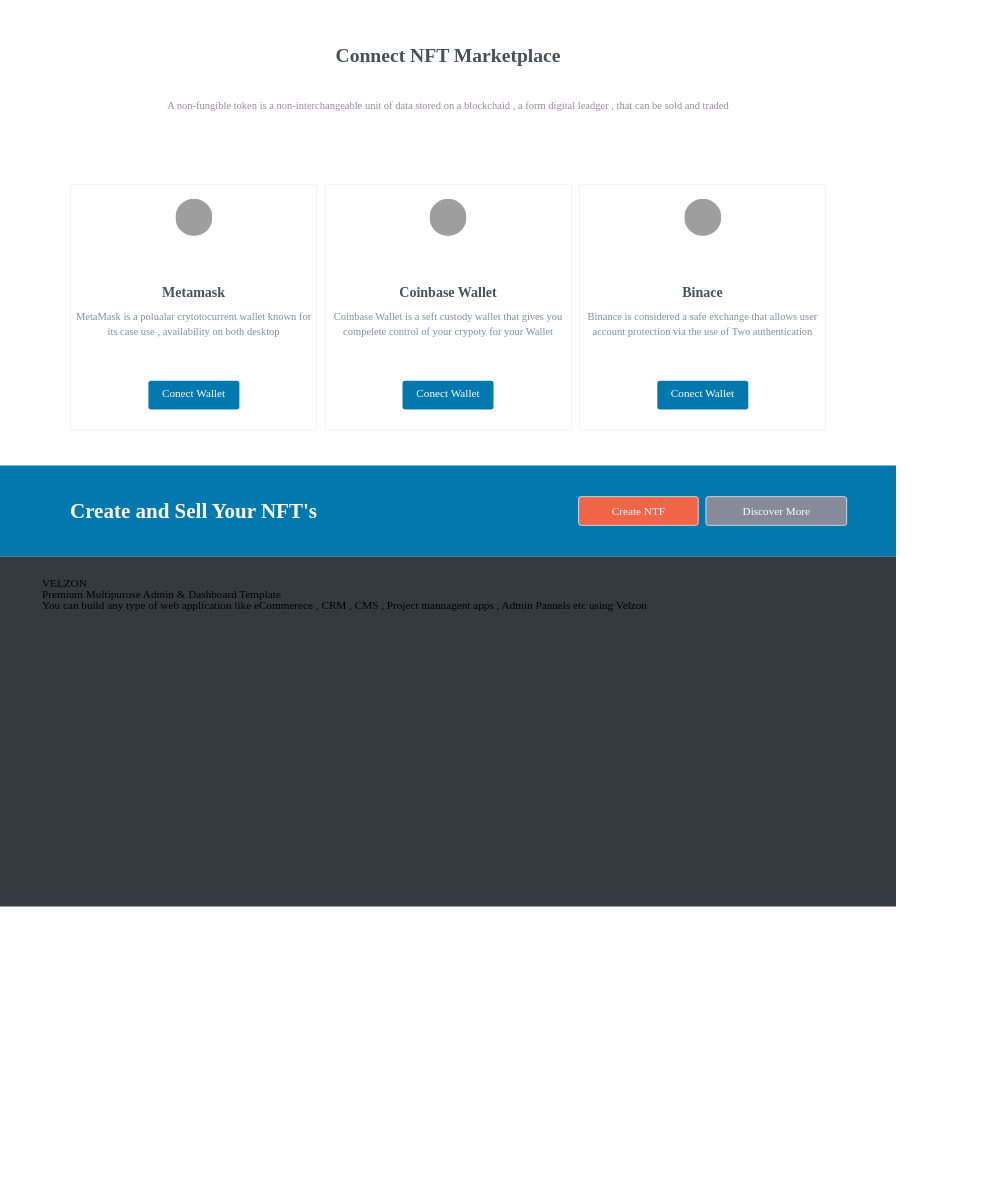
Repository: HuynhDuc23/Webvideodesgin
Page: index.html
An editor plug-in stored every save of this project. The page is shown before and after the next save, followed by the edit.
The browser window is 1280 px wide. The page is 1400 px wide, then 1440 px, so the pictures cover 1440 px, including what lies to the right of the window. The pictures show the part of the page from y = 790 to 2510 px (the page is 5520 px tall), at 70% of full size.
Pictures or frames that could not be fetched are drawn as grey boxes. The style sheet was rebuilt from its Sass, Less or Tailwind sources for each picture, by a compiler version that may differ from the author's.

Above is the page before, as saved 2023-04-26 10:15:22.

### index.html
<!DOCTYPE html>
<html lang="en">
<head>
    <meta charset="UTF-8">
    <meta http-equiv="X-UA-Compatible" content="IE=edge">
    <meta name="viewport" content="width=device-width, initial-scale=1.0">
    <link rel="stylesheet" href="https://cdnjs.cloudflare.com/ajax/libs/font-awesome/6.4.0/css/all.min.css" integrity="sha512-iecdLmaskl7CVkqkXNQ/ZH/XLlvWZOJyj7Yy7tcenmpD1ypASozpmT/E0iPtmFIB46ZmdtAc9eNBvH0H/ZpiBw==" crossorigin="anonymous" referrerpolicy="no-referrer" />
    <link rel="stylesheet" href="./reset.css">
    <link rel="stylesheet" href="style.css">
    <title>LoadingPage</title>
</head>
<body>
    <div class="loadingpage">
     <div class="loadingpage__heading">
        <div class="loadingpage__header">
            <div class="loadingpage__left"><h4 class="loadingpage__content">VELZON</h4></div>
            <div class="loaddingpage__right">
                <ul class="loadingpage__list">
                    <li class="loadingpage__items"><h5 class="loadingpage__padding">Home</h5></li>
                    <li class="loadingpage__items"><h5 class="loadingpage__padding">Wallet</h5></li>
                    <li class="loadingpage__items"><h5 class="loadingpage__padding">MarketPlace</h5></li>
                    <li class="loadingpage__items"><h5 class="loadingpage__padding">categorite</h5></li>
                    <li class="loadingpage__items"><h5 class="loadingpage__padding">Creater</h5></li>
                </ul>
            </div>
        </div>
        <div class="loadingpage__mid">
            <div class="loadingpage__mid__content1">
                <h1 class="loadingpage__mid__content">Discover Digital Art
                     & Collect <span>NFT Marketplace</span></h1>
            </div>
            <div class="loadingpage__mid__content2">
                <div class="loadingpage__mid__content2__content">
                    <p class="loadingpage__mid__content2__para">
                        Can artwork be NFT ? NFTs (non-fungble tokens) are one-of-a-kind digital assets. Given they're  digital in nature , can physical work of art be turned into NFTs?
                    </p>
                </div>
                <div class="button__mid">
                    <div class="button">
                        <div class="button__1">Create Own
                         <i class="fa-solid fa-arrow-right icon"></i>
                        </div>
                     </div>
                     <div class="button" style="background-color: #878a99;">
                         <div class="button__1">Explore Now
                          <i class="fa-solid fa-arrow-right icon"></i>
                         </div>
                      </div>
                </div>
            </div>
        </div>
     </div>
    </div>
    <div class="loadingpage__mid__content__sub">
        <div class="loadingpage__mid__content__sub__1">
            <p class="connect">Connect NFT Marketplace</p>
            <p class="para">A non-fungible token is a non-interchangeable unit of data stored  on a blockchaid , a form digital leadger , that can be sold and traded</p>
        </div>
        <div class="box-list">
            <div class="box-items">
                <img src="https://images.unsplash.com/photo-1674574124345-02c525664b65?ixlib=rb-4.0.3&ixid=MnwxMjA3fDF8MHxwaG90by1wYWdlfHx8fGVufDB8fHx8&auto=format&fit=crop&w=1470&q=80" alt="" class="cartoon">
                 <div class="content__mid__para">
                    <span class="content__mid">Metamask</span>
                    <p class="paragrap__mid">MetaMask is a polualar crytotocurrent wallet known for its case use , availability on both desktop</p>
                 </div>
            </div>
            <div class="box-items">
                <img src="https://images.unsplash.com/photo-1564419429381-98dbcf916478?ixlib=rb-4.0.3&ixid=MnwxMjA3fDF8MHxwaG90by1wYWdlfHx8fGVufDB8fHx8&auto=format&fit=crop&w=399&q=80" alt="" class="cartoon">
                 <div class="content__mid__para">
                    <span class="content__mid">Coinbase Wallet</span>
                    <p class="paragrap__mid">Coinbase Wallet is a seft custody wallet that gives you compelete control of your crypoty for your Wallet</p>
                 </div>
            </div>
            <div class="box-items">
                <img src="https://images.unsplash.com/photo-1682249301375-5c7f5a286d8c?ixlib=rb-4.0.3&ixid=MnwxMjA3fDB8MHxwaG90by1wYWdlfHx8fGVufDB8fHx8&auto=format&fit=crop&w=774&q=80" alt="" class="cartoon">
                 <div class="content__mid__para">
                    <span class="content__mid">Binace</span>
                    <p class="paragrap__mid">Binance is considered  a safe exchange that allows user account protection via the use of Two authentication</p>
                 </div>
            </div>

        </div>
        <div class="final__loadingpage">
            <div class="final__loadingpage__1">
               <div class="para">
                <p class="para__1">Create and Sell Your NFT's</p>
               </div>
                <div class="box__two">
                    <div class="box__two__1"><span>Create NTF</span></div>
                    <div class="box__two__2"><span>Discover More</span> </div>
                </div>
            </div>
            <div class="final__loadingpage__2">
                 <div class="final__wrap">
                    <div class="final__left">
                        <h1 class="title">
                            VELZON
                        </h1>
                        <h2 class="content">
                            Premium Multipurose Admin & Dashboard Template
                        </h2>
                        <h2 class="content">
                            You can build any type of web application like eCommerece , CRM , CMS , Project mannagent apps , Admin Pannels etc using Velzon
                        </h2>
                  </div>
                  <div class="final__rihgt">

                  </div>
                 </div>
            </div>
        </div>

    </div>
</body>
</html>

### style.scss
html {
    box-sizing: border-box;
}
*{
    font-size: 16.5rem;
    font-family: 'Segoe UI', Tahoma, Geneva, Verdana, sans-serif;
}
.loadingpage {
    &__heading {
        width: 100%;
        height: 668px;
      //  background-color: #0278ae;
        background-color:rgb(2,120,174);
        margin-bottom: 180px;
    }
    &__header {
        width: 100%;
        height: 70px;
        background-color: #05175f;
        display: flex ;
        justify-content: flex-start;
        align-items: center;
        position: relative;
    }
    &__left {
        padding:  27px 75px;
        cursor: pointer;
    }
    &__content {
        color: white;
        font-weight: 500;
        font-size: 14px;
        line-height: 21px;
        text-transform: uppercase;
        font-size: xx-large;
    }
    &__right {
        margin-left: 200px;
    }
    &__list {
        display: flex;
        align-items: center;
        padding-left: 200px;

        &:before {
            content: "Wallet Connect";
            padding: 4px 8px ;
            top: 50%;
            right: 80px;
            position: absolute;
            color: white;
            transform: translateY(-50%);
            background-color: rgb(2,120,174);
            cursor: pointer;
            border-radius: 10px ;
        }

    }
    &__items {
        padding: 27px;
        &:hover {
            color: #00bd9d;
            cursor: pointer;
            transition: 2s linear;
        }
    }
    &__padding {
       color: white;
       font-weight: 500;
       font-size: 14px;
       line-height: 21px;
       text-transform: uppercase;
       &:hover {
        color: #00bd9d;
        cursor: pointer;
    }
    }

    &__mid__content1 {
        padding-top: 167px;
        margin-bottom: 60px;
    }
    &__mid__content {
        position: relative;
        left: 50%;
        transform: translateX(-50%);
        color: white;
        font-size: 60px;
        // text-align: center;
        display: inline-block;
        line-height: 15px;
        &>span {
            display: inline-block;
            color: #00bd9d;
        }
    }
}
.loadingpage__mid__content2 {
     display: inline-block;
     position: relative;
     left: 50%;
     transform: translateX(-50%);
     &__content {
        padding-bottom: 50px;
     }
    &__para {
        color: #ffffff;
        line-height: 1;
        text-align: center;
        font-size:x-large;
        opacity: 0.6;

     }
}
.button__mid {
    display: flex;
    justify-content: center;
    align-items: center;
    margin-right: -13px;
}
.button {
    display: flex;
    width: 130px;
    height: 40px;
    background-color: #25a0e2;
    margin-right: 13px;
    border: 1px solid white;
    border-radius: 4px;
    position: relative;
    padding: 5px 20px;
    cursor: pointer;
    &:hover {
        opacity: 0.9;
    }
    &__1 {
        font-family: 'Times New Roman', Times, serif;
        font-size: 15px;
        display: inline-block;
       color:  white;
       text-align: center;
       font-weight: 500;
       position: absolute;
       top: 50%;
       left: 50%;
       transform: translate(-50%,-50%);
       line-height: 1.4;
    }
}
.loadingpage__mid__content__sub {

    width:100% ;
    height: 660px;
    background-color: white;
    &__1
    {
        padding: 0 200px;
        justify-content: center;
        align-items: center;
        padding-bottom: 100px;
        .connect {
            text-align: center;
            color: #495057;
            font-size: 28px;
            font-weight: 700;
            line-height: 42px;
            margin-bottom: 40px;
        }
        .para {
            font-size: 15px;
            line-height: 22.5px;
            text-align: center;
            font-size: 15px;
            color: #978a99;
        }
    }
}
.box-list {
    display: flex;
    justify-content: space-between;
    padding: 0 100px;
    align-items: center;
    .box-items {
        position: relative;
        width: 351px;
        height: 350px;
        background-color: white;
        border : 0.5px solid #eeee ;
        border-radius: 2px;
        display: flex;
        flex-direction: column;
        justify-content: flex-start;
        &:before {
            text-align: center;
            content: "Conect Wallet";
            position: absolute;
            width: 130px;
            height: 34px;
            background-color:rgb(2,120,174) ;
            color: white;
            left: 50%;
            transform: translateX(-50%);
            top: 80%;
            border-radius: 4px;
            padding: 7px 0px 0px 0px;
            line-height: 1.4;
            z-index: 2;
            cursor: pointer;
        }
        &:hover {
            cursor: pointer;
            opacity: 0.7;
            color: #ffffff;
        }



        .cartoon {
            margin-top: 20px;
            display: block;
            width: 53px;
            height: 53px;
            border-radius: 50%;
            margin-bottom: 70px;
            position: relative;
            left: 50%;
            transform: translateX(-50%);

        }
        .content__mid__para {
             text-align: center;
            .content__mid {
                 display: block;
                 color : #495057 ;
                 font-size: 20px;
                 font-weight: 600;
                 margin: 0 0 8px;
                // text-align: center;
                margin-bottom: 15px;
            }
            .paragrap__mid {

                color: #878a99;
                font-size: 15px;
                line-height: 1.4;

            }

        }
    }
}
.final__loadingpage {
    margin-top: 50px;
    width: 100%;
    height: 476px;
    background-color: white;
    &__1{
        display: flex;
        justify-content: space-between;
        width: 100%;
        height: 130px;
        background-color: rgb(2,120,174);
        .para {
            margin-left: 30px;
            padding: 0 500px 0 30px;
            position: relative;
            &__1 {
                position: absolute;
                top: 50%;
                transform: translateY(-50%);
                color: white;
                font-weight: 700;
                font-size: 30px;
                line-height: 1.6;
                margin-left: 40px;
                &:hover {
                    cursor: pointer;
                    transition: all 1s ease-out;
                    color: rgb(101, 228, 101);
                }
            }
        }
        .box__two {
            display: flex;
            margin-right: 70px;
            align-items: center;
         //   justify-content: space-between;
            &__1 {
                padding-right: 40px;
                width: 130px;
                height: 40px;
                background-color: #f06548;
                border: 1px solid white;
                border-radius: 4px;
                position: relative;
                cursor: pointer;
                opacity: 1;
                &:hover {
                    transition: all 1s ease-in-out;
                    opacity: 0.9;
                    background-color: #343a40;
                }
                & > span {
                    line-height: 500;
                    color: white;
                    position: absolute;
                    display: block;
                    top:50%;
                    left: 50%;
                    transform: translate(-50%,-50%);
                }

            }
            &__2 {
                opacity: 1;
                cursor: pointer;
                margin-left: 10px;
                padding-right: 70px;
                width: 130px;
                height: 40px;
                background-color: #f06548;
                border: 1px solid white;
                border-radius: 4px;
                position: relative;
                background-color: #878a99;
                &:hover {
                    transition: all 1s ease-in-out;
                    opacity: 0.9;
                    background-color: #343a40;
                }
                & > span {

                    line-height: 500;
                    color: white;
                    position: absolute;
                    display: block;
                    top:50%;
                    left: 50%;
                    transform: translate(-50%,-50%);
                }

            }
        }
    }
    &__2{
        width: 100%;
        height: 500px;
        background-color: #343a40;
    }

}
.final__wrap {
    width: 100%;
    height: 280px;
    padding: 30px 60px 0px;
}

Loaded but not shown: reset.css (common file)

After the next save:
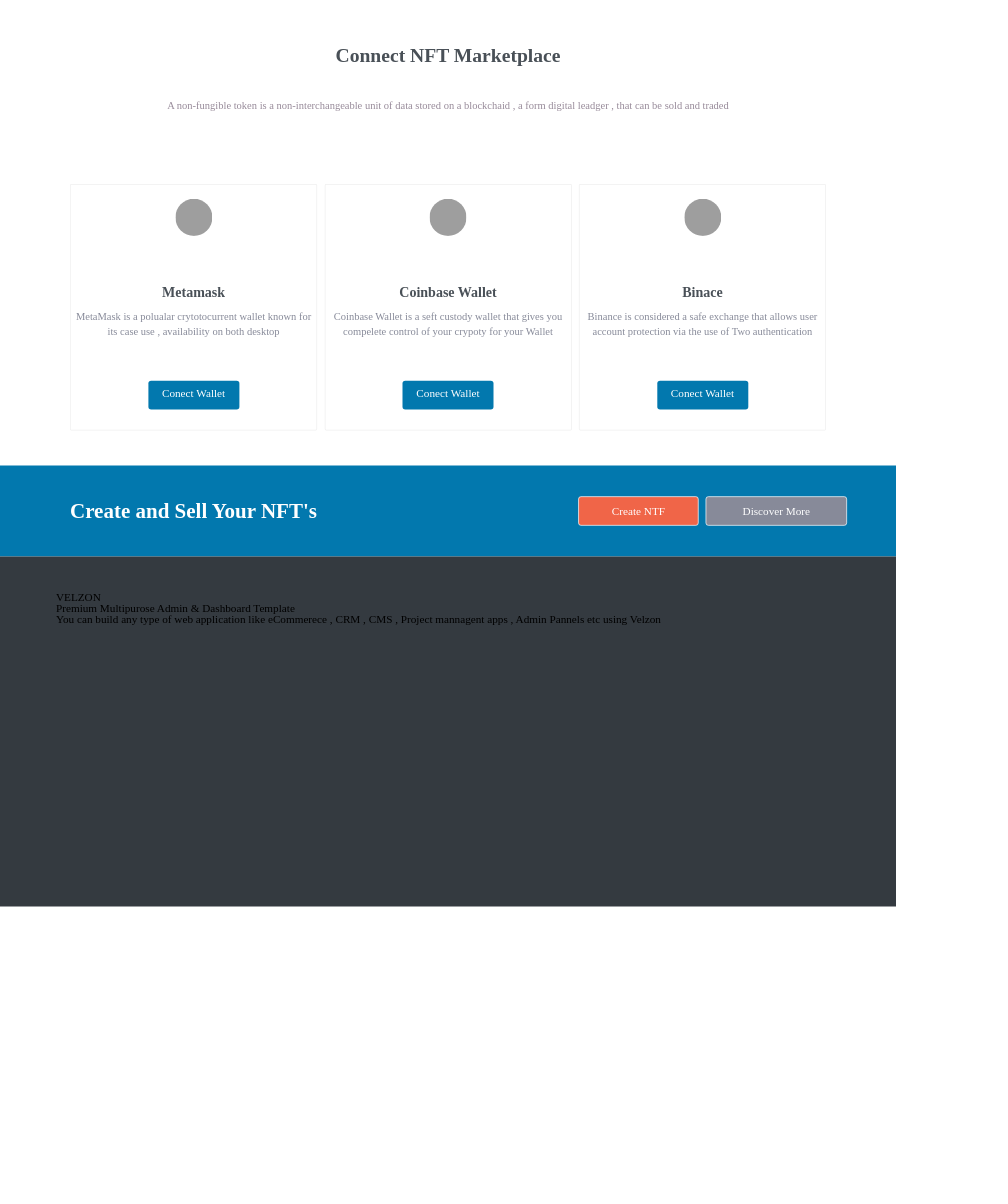
Saved 13 s later.
--- a/style.scss
+++ b/style.scss
@@ -351,5 +351,5 @@
 .final__wrap {
     width: 100%;
     height: 280px;
-    padding: 30px 60px 0px;
-}
+    padding: 50px 80px 0px;
+}
